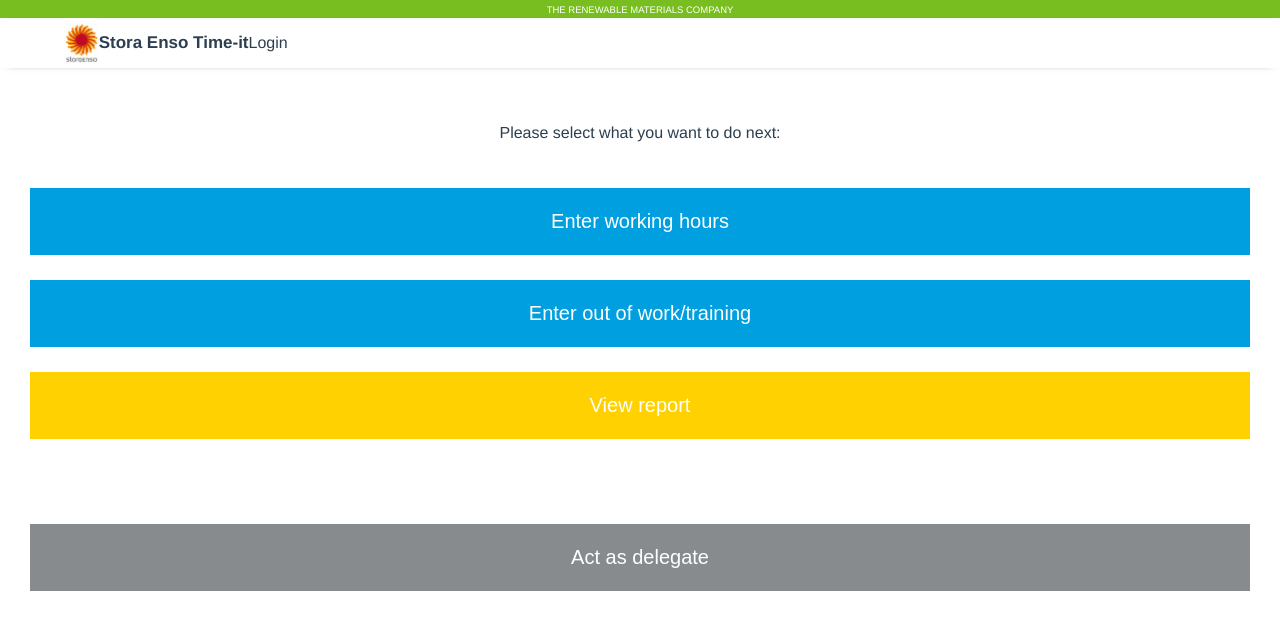
Repository: marianreha/vue-timeit
Page: /
These files come from the project's save history. The page is drawn as it stood at one moment and after the next save; the edit follows.
The browser window is 1280 px wide. The pictures show the whole page.
Some web fonts or font styles are not loaded; a fallback is used. The project was rebuilt for these pictures with package versions that can differ from the ones it lists, and the page was loaded fresh each time. Also part of the build but not shown: vue.config.js.

Above is the page before, as saved 2020-03-29 21:39:58.

### src/App.vue
<template>
  <div id="app">
    <Navbar />
    <Home />
  </div>
</template>

<script>
import Navbar from './components/Navbar'
import Home from './components/Home'

export default {
  name: 'App',
  components: {
    Navbar,
    Home,
  }
}
</script>

<style>
@import url(//db.onlinewebfonts.com/c/2afedaab5a5177410b408023384af22d?family=HelveticaNeueLTW01-55Roman);

#app {
  font-family: Helvetica, Arial, sans-serif;
  -webkit-font-smoothing: antialiased;
  -moz-osx-font-smoothing: grayscale;
  text-align: center;
  color: #2c3e50;
  padding: 0px;
}

body {
  margin: 0;
}

* {
    cursor: default;
}

</style>

### src/components/Navbar.vue
<template>
  <div>
      <header class="navbar-green">
          The renewable materials company
      </header>
      <header class="navbar-main">
          <img class="logo" src="../assets/logo.jpg" alt="logo">
          <span class="title">Stora Enso Time-it</span>
          <span class="user">Login</span>
      </header>
  </div>
</template>

<script>
export default {
    name: 'Navbar',
}
</script>

<style>
.navbar-green {
    padding: 4px 0 3px 0;
    background-color: #78BE20;
    color: #FFFFFF;
    font-size: 9.5px;
    text-transform: uppercase;
}

.navbar-main {
    display: flex;
    height: 2rem;
    /* justify-content: space-between; */
    /* justify-content: LEFT; */
    align-items: center;
    padding: 25px 5%;
    box-shadow: 0 3px 8px -8px;
    box-sizing: border-box;
}

.logo {
    height: 40px;
}

.title {
    font-weight: bold;
    font-size: 17px;
    justify-self: center;
}

.user {

}

</style>>

### src/components/Home.vue
<template>
    <div>
        <p>Please select what you want to do next:</p>
        <div class="container">
            <button class="btn">Enter working hours</button>
            <button class="btn">Enter out of work/training</button>
            <button class="btn btn-yellow">View report</button>
            <button class="btn btn-delegate">Act as delegate</button>
        </div>
    </div>
</template>

<script>
export default {
    name: "Home"
}
</script>

<style>
p {
    padding: 40px 0 30px 0;
}

.container {
    padding: 0 30px;
    display: flex;
    flex-direction: column;
}

.btn {
    padding: 22px;
    margin-bottom: 25px;
    background-color: #009FDF;
    border: none;
    outline: none;
    color: #ffffff;
    font-size: 20px;
}

.btn:hover {
    background-color: #006cbe;
}

.btn-yellow {
    background-color: #FFD100;
}

.btn-delegate {
    background-color: #888B8D;
    margin-top: 60px;
}

</style>

Loaded but not shown: public/index.html (common file); src/main.js (common file)

After the next save:
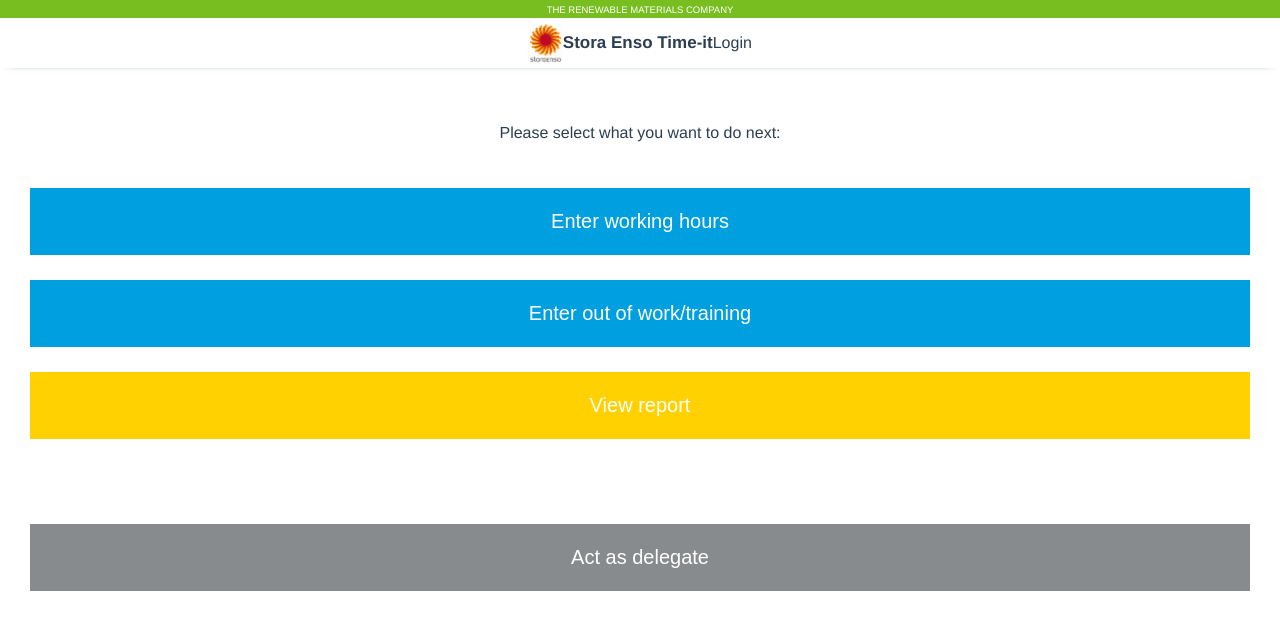
Saved 25 s later.
--- a/src/components/Navbar.vue
+++ b/src/components/Navbar.vue
@@ -30,7 +30,7 @@
     display: flex;
     height: 2rem;
     /* justify-content: space-between; */
-    /* justify-content: LEFT; */
+    justify-content: center;
     align-items: center;
     padding: 25px 5%;
     box-shadow: 0 3px 8px -8px;
